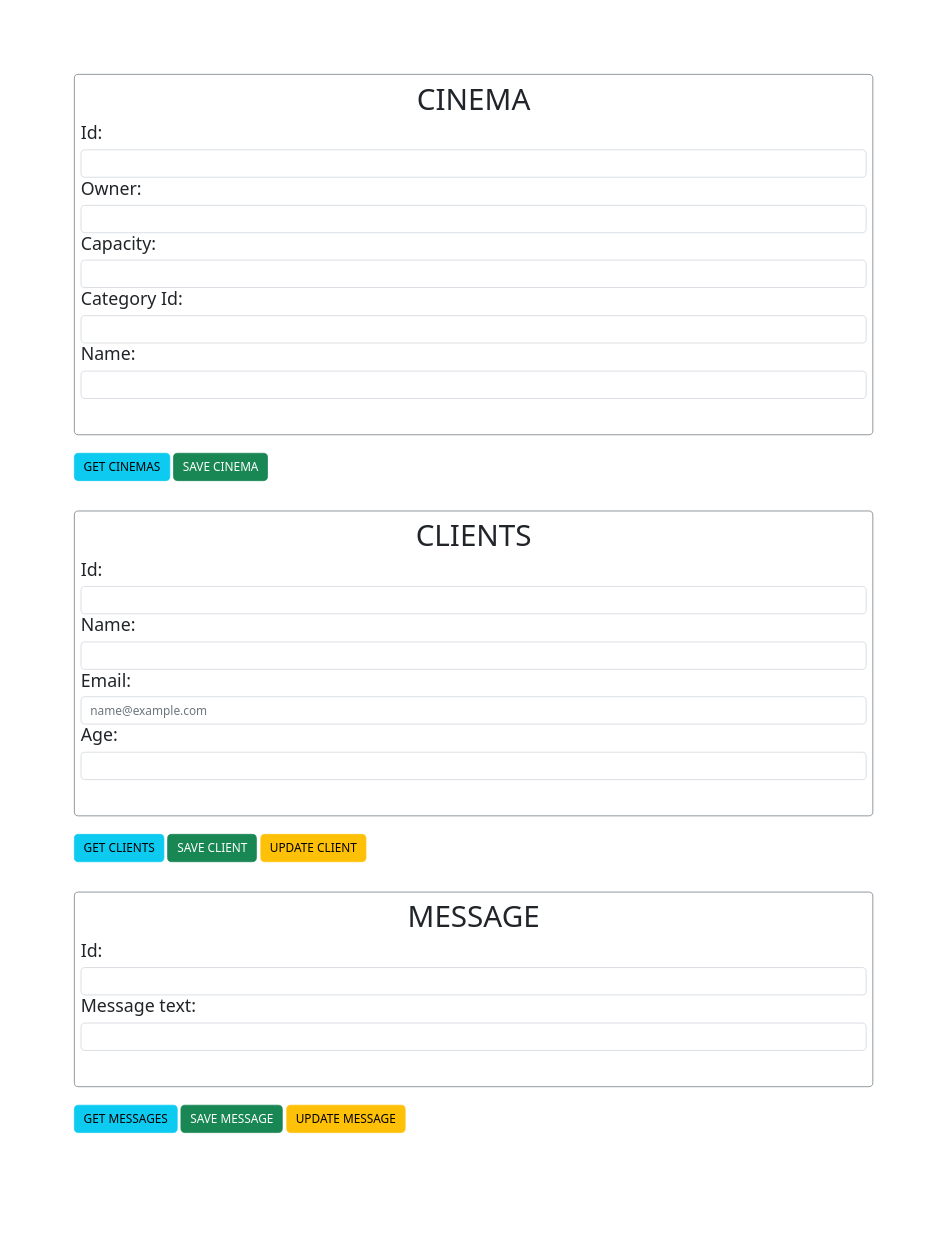
Repository: almendezl/MisionTIC
Page: index.html
These files come from the project's save history. The page is drawn as it stood at one moment and after the next save; the edit follows.
The browser window is 1280 px wide. The pictures show the whole page, at 74% of full size.

Above is the page before, as saved 2022-10-02 16:21:43.

### index.html
<html lang="en">
<head>
    <meta charset="UTF-8">
    <meta http-equiv="X-UA-Compatible" content="IE=edge">
    <meta name="viewport" content="width=device-width, initial-scale=1.0">
    <link rel="stylesheet" href="styles.css">
    <title>MISION TIC 2022 RETO 2</title>
</head>
<!-- add jquery api -->
<script src="https://ajax.googleapis.com/ajax/libs/jquery/3.6.1/jquery.min.js"></script>
<!-- add bootstrap -->
<link href="https://cdn.jsdelivr.net/npm/bootstrap@5.2.1/dist/css/bootstrap.min.css" rel="stylesheet" integrity="sha384-iYQeCzEYFbKjA/T2uDLTpkwGzCiq6soy8tYaI1GyVh/UjpbCx/TYkiZhlZB6+fzT" crossorigin="anonymous">
<!-- add the file with the script -->
<script type="text/javascript" src="myScript.js"></script>
<body>
    <!-- cinema front -->
    <div class=" p-2 rounded border border-secondary" >
        <h1 class="text-center">CINEMA</h1>
        <form action="">
            <div class="form-group">
                <h4 class="label label-default" >Id: </h4>
                <input  class="form-control" type="number" id="cinemaId">
            </div>

            <div class="form-group">
                <h4 class="label label-default" >Owner: </h4>
                <input class="form-control" type="text" id="cinemaOwner">
            </div>

            <div class="form-group">
                <h4 class="label label-default" >Capacity: </h4>
                <input class="form-control" type="number" id="cinemaCapacity" >
            </div>

            <div class="form-group">
                <h4 class="label label-default" >Category Id: </h4>
                <input class="form-control" type="number" id="cinemaCategory">
            </div>

            <div class="form-group">
                <h4 class="label label-default" >Name: </h4>
                <input class="form-control" type="text" id="cinemaName"><br>
            </div>

        </form>
    </div>
    <br>
    <div id="cinemaAlert">

    </div>

    <button class="btn btn-info" onclick="getCinemas()">GET CINEMAS</button>

    <button class="btn btn-success" onclick="setCinema()">SAVE CINEMA</button><br>

    <div id="editCinema">
        <br>

    </div>



    <table class="table table-striped" id="cinemasList">


    </table>

    <!-- Clients front  -->
    <div class=" p-2 rounded border border-secondary" >
    <h1 class="text-center">CLIENTS</h1>
        <form action="">
            <div class="form-group">
                <h4 class="label label-default" >Id: </h4>
                <input class="form-control" type="number" id="clientId">
            </div>

            <div class="form-group">
                <h4 class="label label-default" >Name: </h4>
                <input class="form-control" type="text" id="clientName">
            </div>

            <div class="form-group">
                <h4 class="label label-default" >Email: </h4>
                <input class="form-control" type="text" id="clientEmail" placeholder="name@example.com">
            </div>

            <div class="form-group">
                <h4 class="label label-default" >Age: </h4>
                <input class="form-control" type="number" id="clientAge"><br>
            </div>

        </form>
    </div>
    <br>

    <div id="clientAlert">

    </div>



    <button class="btn btn-info" onclick="getClients()">GET CLIENTS</button>

    <button class="btn btn-success" onclick="setClient()">SAVE CLIENT</button>

    <button class="btn btn-warning" onclick="updateClient()">UPDATE CLIENT</button><br><br>


    <table class="table table-striped" id="clientsList">


    </table>

    <!-- Message front  -->
    <div class=" p-2 rounded border border-secondary" >
        <h1 class="text-center">MESSAGE</h1>

        <form action="" >
            <div class="form-group">
                <h4 class="label label-default" >Id: </h4>
                <input class="form-control" type="number" id="messageId">
            </div>

            <div class="form-group">
                <h4 class="label label-default" >Message text: </h4>
                <input class="form-control" type="text" id="messageText"><br>
            </div>


        </form>
    </div>
    <br>

    <div id="messageAlert">

    </div>



    <button class="btn btn-info" onclick="getMessages()">GET MESSAGES</button>

    <button class="btn btn-success" onclick="setMessage()">SAVE MESSAGE</button>

    <button class="btn btn-warning" onclick="updateMessage()">UPDATE MESSAGE</button><br><br>


    <table class="table table-striped" id="messagesList">


    </table>

</body>
</html>

### styles.css
body {

    padding: 100px 100px;
  }

### myScript.js
let urlCinema = "https://gbc0751b79176df-fy68ude9ajgxmklv.adb.us-ashburn-1.oraclecloudapps.com/ords/admin/cinema/cinema";
let urlClient = "https://gbc0751b79176df-fy68ude9ajgxmklv.adb.us-ashburn-1.oraclecloudapps.com/ords/admin/client/client";
let urlMessage = "https://gbc0751b79176df-fy68ude9ajgxmklv.adb.us-ashburn-1.oraclecloudapps.com/ords/admin/message/message";


/**
 * ----------------CINEMAS ---------------------
 */
function getCinemas(){

    $.ajax({
        url:  urlCinema,
        type: 'GET',
        dataType: 'json',

        success: function(cinemas){
            console.log(cinemas);
            let cs= cinemas.items;
            //$('#clientsList').append("<h2>Clients List</h2>");
            $('#cinemasList').empty();
            $("#editCinema").empty();
            $("#editCinema").append("<br>");
            if(cs.length > 0){

                $('#cinemasList').append("<thead><tr><th scope='col'>Id</th><th scope='col'>Owner</th><th scope='col'>Capacity</th><th scope='col'>Category Id</th> <th scope='col'>Name</th><th scope='col'>Options</th></tr></thead><tbody></tbody>");
                for(i = 0; i<cs.length; i++){

                    $('#cinemasList').append("<tr><th scope='row'>"+cs[i].id+"</th><td>"+cs[i].owner+"</td><td>"+cs[i].capacity+"</td><td>"+cs[i].category_id+"</td><td>"+cs[i].name+"</td><td>"+"<button class='btn btn-secondary' onclick='editCinema("+JSON.stringify(cs[i])+")'>EDIT</button> <button class='btn btn-danger' onclick='deleteCinema("+cs[i].id+")'>DELETE</button></td></tr>");

                }
            }else{
                $('#cinemasList').append("<h4 class='text-center'>No entries</h4>");
            }

        },
        error: function(xhr, status){
            alert("A problem has occurred");
        },
        complete: function(xhr, status){
            //alert("Request made");
        }
    });

}
function editCinema(item){
    $("#editCinema").append(" <div class=' p-2 rounded border border-secondary' ><form action=''><div class='form-group'><h4 class='label label-default' >Id: </h4><input disabled class='form-control' type='number' id='cinemaIdEdit'></div><div class='form-group'><h4 class='label label-default' >Owner: </h4><input class='form-control' type='text' id='cinemaOwnerEdit'></div><div class='form-group'><h4 class='label label-default' >Capacity: </h4><input class='form-control' type='number' id='cinemaCapacityEdit' ></div><div class='form-group'><h4 class='label label-default' >Category Id: </h4><input class='form-control' type='number' id='cinemaCategoryEdit'></div><div class='form-group'><h4 class='label label-default' >Name: </h4><input class='form-control' type='text' id='cinemaNameEdit'><br></div></form></div><br><button class='btn btn-warning' onclick='updateCinema()'>UPDATE CINEMA</button><br><br>");
    console.log(item);
    $("#cinemaIdEdit").val(item.id);
    $("#cinemaOwnerEdit").val(item.owner);
    $("#cinemaCapacityEdit").val(item.capacity);
    $("#cinemaCategoryEdit").val(item.category_id);
    $("#cinemaNameEdit").val(item.name);


}

function setCinema(){

    let id = $("#cinemaId").val();
    let owner = $("#cinemaOwner").val();
    let capacity = $("#cinemaCapacity").val();
    let category = $("#cinemaCategory").val();
    let name = $("#cinemaName").val();

    $("#cinemaAlert").empty();
    if (id != "" && owner != "" && capacity != "" && category != "" && name != ""){
        let data = {
            id: id,
            owner: owner,
            capacity: capacity,
            category_id: category,
            name: name

        };

        let dataToSend = JSON.stringify(data);

        console.log(dataToSend);

        $.ajax({
            url: urlCinema,
            type: 'POST',
            //dataType: 'json',
            data: dataToSend,
             contentType: "application/json",

            success: function(json){
                console.log(json);
                //Clean the inputs
                $("#cinemaId").val('');
                $("#cinemaOwner").val('');
                $("#cinemaCapacity").val('');
                $("#cinemaCategory").val('');
                $("#cinemaName").val('');
                getCinemas();
            },
            error: function(xhr, status){
                //alert("A problem has occurred");

            },
            complete: function(xhr, status){
                //alert("Request made");

            }
        });

    }else{
        $("#cinemaAlert").append("<div class='alert alert-danger' role='alert'>There can be no empty fields!</div>");
    }

}

function updateCinema(){
    let id = $("#cinemaIdEdit").val();
    let owner = $("#cinemaOwnerEdit").val();
    let capacity = $("#cinemaCapacityEdit").val();
    let category = $("#cinemaCategoryEdit").val();
    let name = $("#cinemaNameEdit").val();

    let data = {
        id: id,
        owner: owner,
        capacity: capacity,
        category_id: category,
        name: name

    };

    let dataToSend = JSON.stringify(data);

    console.log(dataToSend);

    $.ajax({
        url: urlCinema,
        type: 'PUT',
        //dataType: 'json',
        data: dataToSend,
        contentType: "application/json",

        success: function(json){
            console.log(json);
            //Clean the inputs
            $("#cinemaIdEdit").val('');
            $("#cinemaOwnerEdit").val('');
            $("#cinemaCapacityEdit").val('');
            $("#cinemaCategoryEdit").val('');
            $("#cinemaNameEdit").val('');
            getCinemas();
        },
        error: function(xhr, status){
            //alert("A problem has occurred");

        },
        complete: function(xhr, status){
            //alert("Request made");
            $("#cinemaAlert").append("<div class='alert alert-success' role='alert'>Update successfull!</div>");

        }
    });
}

function deleteCinema(cinemaId){


    let data = {
        id: cinemaId

    };

    let dataToSend = JSON.stringify(data);

    console.log(dataToSend);

    $.ajax({
        url: urlCinema,
        type: 'DELETE',
        //dataType: 'json',
        data: dataToSend,
        contentType: "application/json",

        success: function(json){
            console.log(json);
            //Clean the inputs
            $("#cinemaId").val('');
            $("#cinemaOwner").val('');
            $("#cinemaCapacity").val('');
            $("#cinemaCategory").val('');
            $("#cinemaName").val('');
            getCinemas();
        },
        error: function(xhr, status){
            //alert("A problem has occurred");

        },
        complete: function(xhr, status){
            //alert("Request made");
            $("#cinemaAlert").append("<div class='alert alert-success' role='alert'>Delete successfull!</div>");

        }
    });
}

/**
 * ----------------CLIENTS ---------------------
 */

function getClients(){

    $.ajax({
        url: urlClient,
        type: 'GET',
        dataType: 'json',

        success: function(clients){
            console.log(clients);
            let cs= clients.items;
            //$('#clientsList').append("<h2>Clients List</h2>");
            $('#clientsList').empty();
            if(cs.length > 0){
                $('#clientsList').append("<thead><tr><th scope='col'>Id</th><th scope='col'>Name</th><th scope='col'>Email</th><th scope='col'>Age</th> <th scope='col'>Option</th></tr></thead><tbody></tbody>");
                for(i = 0; i<cs.length; i++){
                    //$('#clientsList').append("<b>"+cs[i].id+" "+cs[i].name+" </b> "+cs[i].email+"   <button class='btn btn-danger'    onclick='deleteClient("+cs[i].id+")'>DELETE</button>"+"<br>");
                    $('#clientsList').append("<tr><th scope='row'>"+cs[i].id+"</th><td>"+cs[i].name+"</td><td>"+cs[i].email+"</td><td>" +cs[i].age+"</td><td>"+"<button class='btn btn-danger' onclick='deleteClient("+cs[i].id+")'>DELETE</button></td></   tr>");

                }
            }else{
                $('#clientsList').append("<h4 class='text-center'>No entries</h4>");
            }

        },
        error: function(xhr, status){
            alert("A problem has occurred");
        },
        complete: function(xhr, status){
            //alert("Request made");
        }
    });

}

function setClient(){

    let clientId = $("#clientId").val();
    let clientName = $("#clientName").val();
    let clientEmail = $("#clientEmail").val();
    let clientAge = $("#clientAge").val();
    $("#clientAlert").empty();

    if(clientId != '' && clientName != '' && clientEmail != '' && clientAge != '' ){
        let data = {
            id: clientId,
            name: clientName,
            email: clientEmail,
            age: clientAge

        };

        let dataToSend = JSON.stringify(data);

        console.log(dataToSend);

        $.ajax({
            url: urlClient,
            type: 'POST',
            //dataType: 'json',
            data: dataToSend,
             contentType: "application/json",

            success: function(json){
                console.log(json);
                //Clean the inputs
                $("#clientId").val('');
                $("#clientName").val('');
                $("#clientEmail").val('');
                $("#clientAge").val('');
                getClients();
            },
            error: function(xhr, status){
                //alert("A problem has occurred");

            },
            complete: function(xhr, status){
                //alert("Request made");

            }
        });
    } else{
        $("#clientAlert").append("<div class='alert alert-danger' role='alert'>There can be no empty fields!</div>");
    }

}

function editClient(item){
    $("#editCinema").append(" <div class=' p-2 rounded border border-secondary' ><form action=''><div class='form-group'><h4 class='label label-default' >Id: </h4><input disabled class='form-control' type='number' id='cinemaIdEdit'></div><div class='form-group'><h4 class='label label-default' >Owner: </h4><input class='form-control' type='text' id='cinemaOwnerEdit'></div><div class='form-group'><h4 class='label label-default' >Capacity: </h4><input class='form-control' type='number' id='cinemaCapacityEdit' ></div><div class='form-group'><h4 class='label label-default' >Category Id: </h4><input class='form-control' type='number' id='cinemaCategoryEdit'></div><div class='form-group'><h4 class='label label-default' >Name: </h4><input class='form-control' type='text' id='cinemaNameEdit'><br></div></form></div><br><button class='btn btn-warning' onclick='updateCinema()'>UPDATE CINEMA</button><br><br>");
    //console.log(item);
    $("#clientId").val(item.id);
    $("#clientName").val(item.name);
    $("#clientEmail").val(item.email);
    $("#clientAge").val(item.age);



}

function updateClient(){
    let clientId = $("#clientId").val();
    let clientName = $("#clientName").val();
    let clientEmail = $("#clientEmail").val();
    let clientAge = $("#clientAge").val();

    let data = {
        id: clientId,
        name: clientName,
        email: clientEmail,
        age: clientAge

    };

    let dataToSend = JSON.stringify(data);

    console.log(dataToSend);

    $.ajax({
        url:urlClient,
        type: 'PUT',
        //dataType: 'json',
        data: dataToSend,
        contentType: "application/json",

        success: function(json){
            console.log(json);
            //Clean the inputs
            $("#clientId").val('');
            $("#clientName").val('');
            $("#clientEmail").val('');
            $("#clientAge").val('');
            getClients();
        },
        error: function(xhr, status){
            //alert("A problem has occurred");

        },
        complete: function(xhr, status){
            //alert("Request made");

        }
    });
}

function deleteClient(clientId){


    let data = {
        id: clientId

    };

    let dataToSend = JSON.stringify(data);

    console.log(dataToSend);

    $.ajax({
        url:urlClient,
        type: 'DELETE',
        //dataType: 'json',
        data: dataToSend,
        contentType: "application/json",

        success: function(json){
            console.log(json);
            //Clean the inputs
            $("#clientId").val('');
            $("#clientName").val('');
            $("#clientEmail").val('');
            $("#clientAge").val('');
            getClients();
        },
        error: function(xhr, status){
            //alert("A problem has occurred");

        },
        complete: function(xhr, status){
            //alert("Request made");

        }
    });
}

/**
 * ----------------MESSAGE ---------------------
 */

 function getMessages(){

    $.ajax({
        url: urlMessage,
        type: 'GET',
        dataType: 'json',

        success: function(clients){
            console.log(clients);
            let cs= clients.items;
            //$('#clientsList').append("<h2>Clients List</h2>");
            $('#messagesList').empty();
           if(cs.length > 0){
                $('#messagesList').append("<thead><tr><th scope='col'>Id</th><th scope='col'>Message text</th><th scope='col'>Option</th></tr></thead><tbody></tbody>");
                 for(i = 0; i<cs.length; i++){

                     $('#messagesList').append("<tr><th scope='row'>"+cs[i].id+"</th><td>"+cs[i].messagetext+"</td><td>"+"<button       class='btn btn-danger' onclick='deleteMessage("+cs[i].id+")'>DELETE</button></td></tr>");

                 }
           }else{
            $('#messagesList').append("<h4 class='text-center'>No entries</h4>");
           }

        },
        error: function(xhr, status){
            alert("A problem has occurred");
        },
        complete: function(xhr, status){
            //alert("Request made");
        }
    });

}

function setMessage(){
    let id = $("#messageId").val();
    let messageText = $("#messageText").val();
    $("#messageAlert").empty();

    if(id != '' && messageText != ''){
        let data = {
            id: id,
            messagetext: messageText,

        };

        let dataToSend = JSON.stringify(data);

        console.log(dataToSend);

        $.ajax({
            url: urlMessage,
            type: 'POST',
            //dataType: 'json',
            data: dataToSend,
             contentType: "application/json",

            success: function(json){
                console.log(json);
                //Clean the inputs
                $("#messageId").val('');
                $("#messageText").val('');
                getMessages();
            },
            error: function(xhr, status){
                //alert("A problem has occurred");

            },
            complete: function(xhr, status){
                //alert("Request made");

            }
        });

    } else{
        $("#messageAlert").append("<div class='alert alert-danger' role='alert'>There can be no empty fields!</div>");
    }




}

function updateMessage(){
    let id = $("#messageId").val();
    let messageText = $("#messageText").val();

    let data = {
        id: id,
        messagetext: messageText,

    };

    let dataToSend = JSON.stringify(data);

    console.log(dataToSend);

    $.ajax({
        url:urlMessage,
        type: 'PUT',
        //dataType: 'json',
        data: dataToSend,
        contentType: "application/json",

        success: function(json){
            console.log(json);
            //Clean the inputs
            $("#messageId").val('');
            $("#messageText").val('');
            getMessages();
        },
        error: function(xhr, status){
            //alert("A problem has occurred");

        },
        complete: function(xhr, status){
            //alert("Request made");

        }
    });
}

function deleteMessage(messageId){


    let data = {
        id: messageId

    };

    let dataToSend = JSON.stringify(data);

    console.log(dataToSend);

    $.ajax({
        url:urlMessage,
        type: 'DELETE',
        //dataType: 'json',
        data: dataToSend,
        contentType: "application/json",

        success: function(json){
            console.log(json);
            //Clean the inputs
            $("#messageId").val('');
            $("#messageText").val('');
            getMessages();
        },
        error: function(xhr, status){
            //alert("A problem has occurred");

        },
        complete: function(xhr, status){
            //alert("Request made");

        }
    });
}

After the next save:
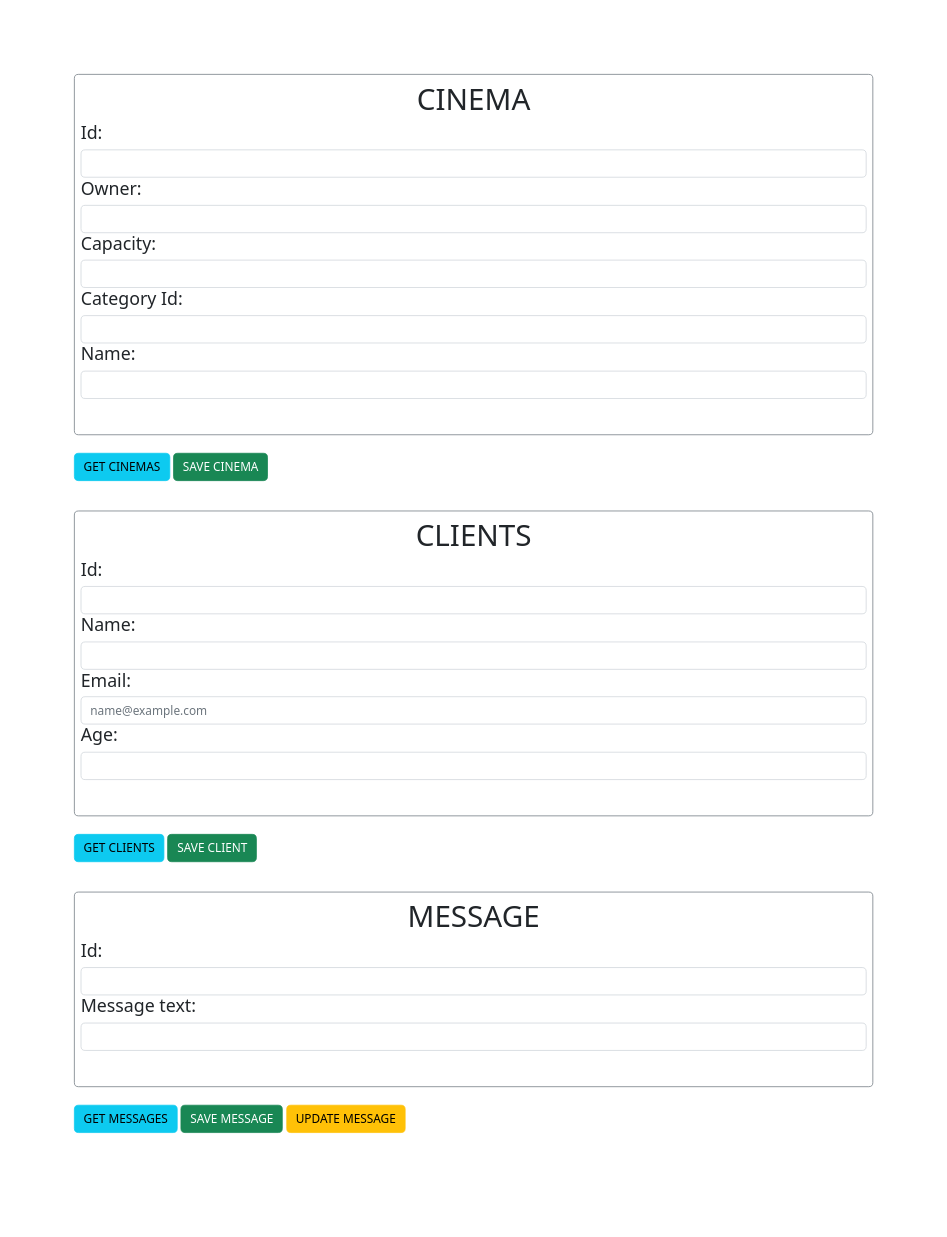
Saved 91 s later.
--- a/index.html
+++ b/index.html
@@ -62,7 +62,6 @@
 
     <table class="table table-striped" id="cinemasList">
 
-
     </table>
 
     <!-- Clients front  -->
@@ -97,14 +96,14 @@
 
     </div>
 
-
-
     <button class="btn btn-info" onclick="getClients()">GET CLIENTS</button>
 
     <button class="btn btn-success" onclick="setClient()">SAVE CLIENT</button>
 
-    <button class="btn btn-warning" onclick="updateClient()">UPDATE CLIENT</button><br><br>
+    <div id="editCinema">
+        <br>
 
+    </div>
 
     <table class="table table-striped" id="clientsList">
 
